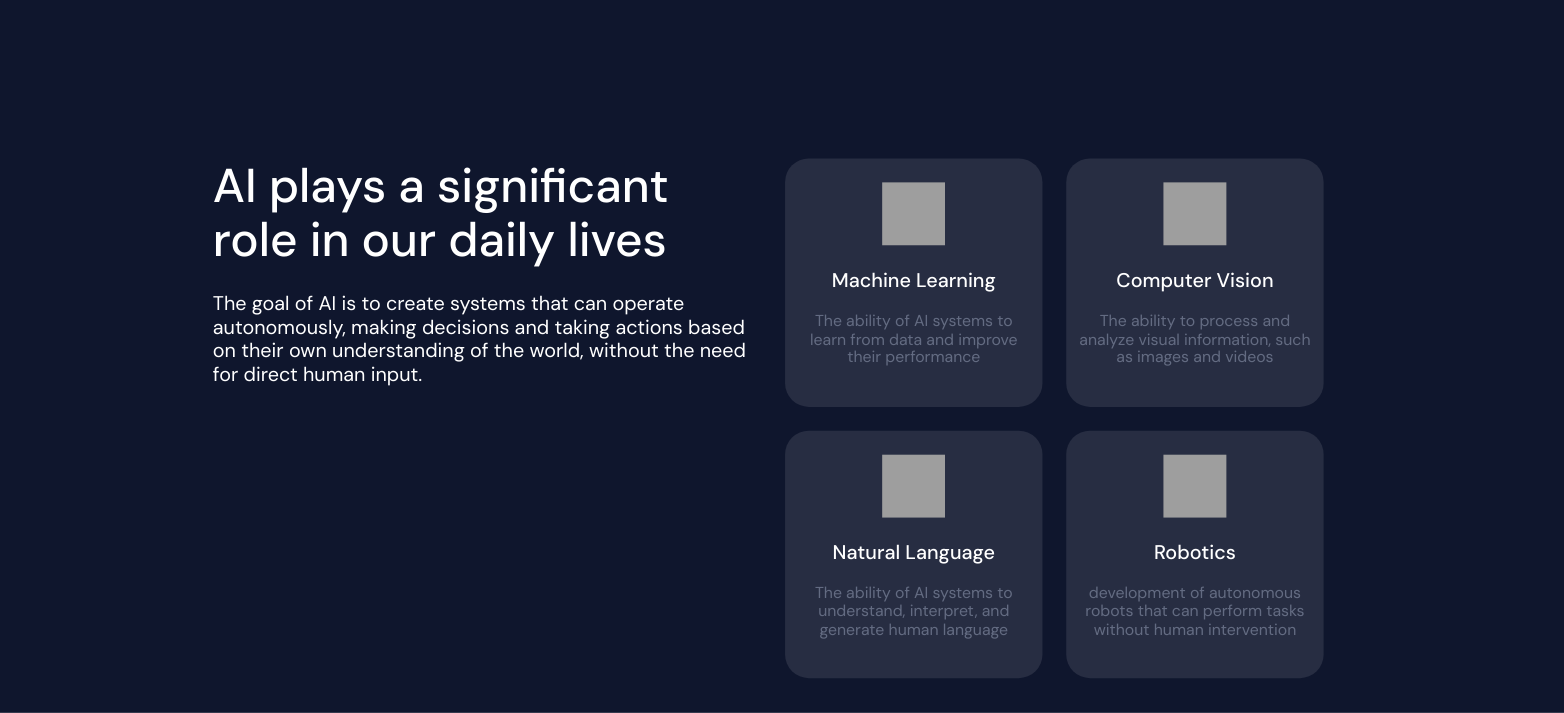
Repository: guli95/four-areas-of-AI-INVO-ACAdemy
Page: /
An editor plug-in stored every save of this project. The page is shown before and after the next save, followed by the edit.
The browser window is 1280 px wide. The page is 1580 px wide, so the pictures cover 1580 px, including what lies to the right of the window. The pictures show the whole page, at 99% of full size.
Pictures or frames that could not be fetched are drawn as grey boxes. The project was rebuilt for these pictures with package versions that can differ from the ones it lists, and the page was loaded fresh each time.

Above is the page before, as saved 2023-03-13 14:50:58.

After the next save:
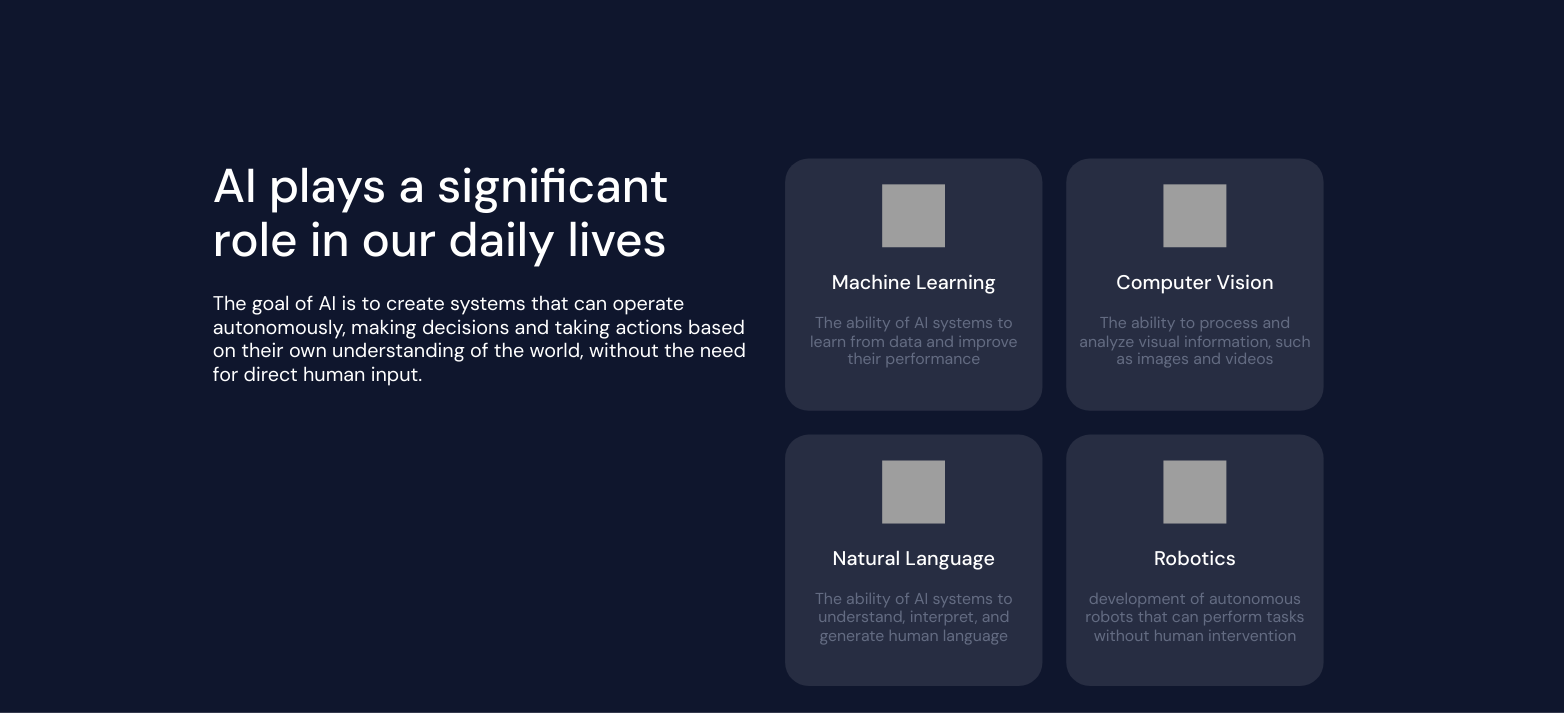
Saved 10 s later.
--- a/src/pages/home-page/styles/home-page.scss
+++ b/src/pages/home-page/styles/home-page.scss
@@ -69,7 +69,7 @@
             justify-content: space-around;
             align-items: center;
             width: 40%;
-            padding: 24px 10px;
+            padding: 26px 10px;
             background-color:var(--color-secondary-grey);
             text-align: center;
             border-radius: var(--rounding-big);
